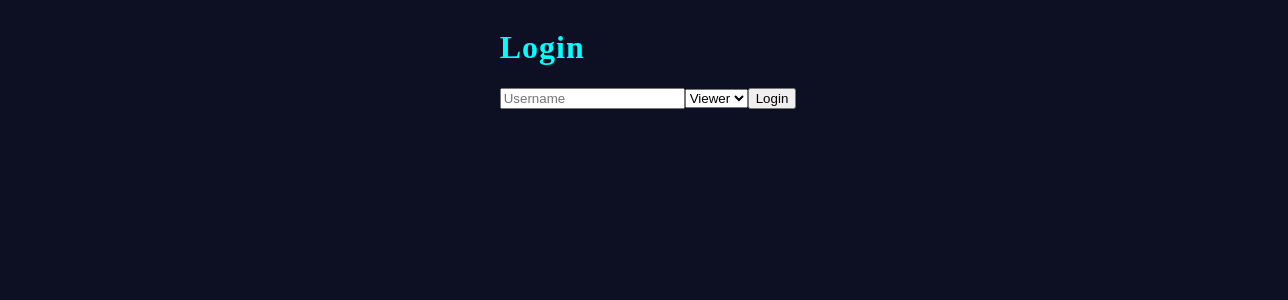
Repository: SolomonChinonso/myUserDashboard
Page: / (app in my-user-dashboard-app/)
These files come from the project's save history. The page is drawn as it stood at one moment and after the next save; the edit follows.
The browser window is 1280 px wide. The page is 1288 px wide, then 1280 px, so the pictures cover 1288 px, including what lies to the right of the window. The pictures show the whole page.
The project was rebuilt for these pictures with package versions that can differ from the ones it lists, and the page was loaded fresh each time. Also part of the build but not shown: my-user-dashboard-app/vite.config.ts, my-user-dashboard-app/src/pages/Dashboard.tsx, my-user-dashboard-app/src/pages/Profile.tsx, my-user-dashboard-app/src/pages/Settings.tsx, my-user-dashboard-app/src/components/Navbar.tsx, my-user-dashboard-app/src/components/ProtectedRoute.tsx, my-user-dashboard-app/src/index.css.

Above is the page before, as saved 2026-05-30 01:46:39.

After the next save:
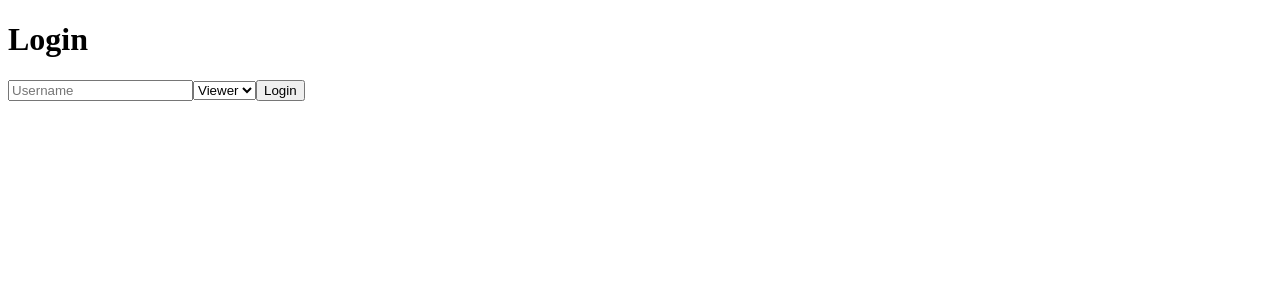
Saved 75 s later.
--- a/my-user-dashboard-app/src/App.tsx
+++ b/my-user-dashboard-app/src/App.tsx
@@ -3,7 +3,7 @@ import {
   Route,
   Navigate,
 } from "react-router-dom";
-import "./App.css"
+
 
 import Login from "./pages/Login";
 import Dashboard from "./pages/Dashboard";
